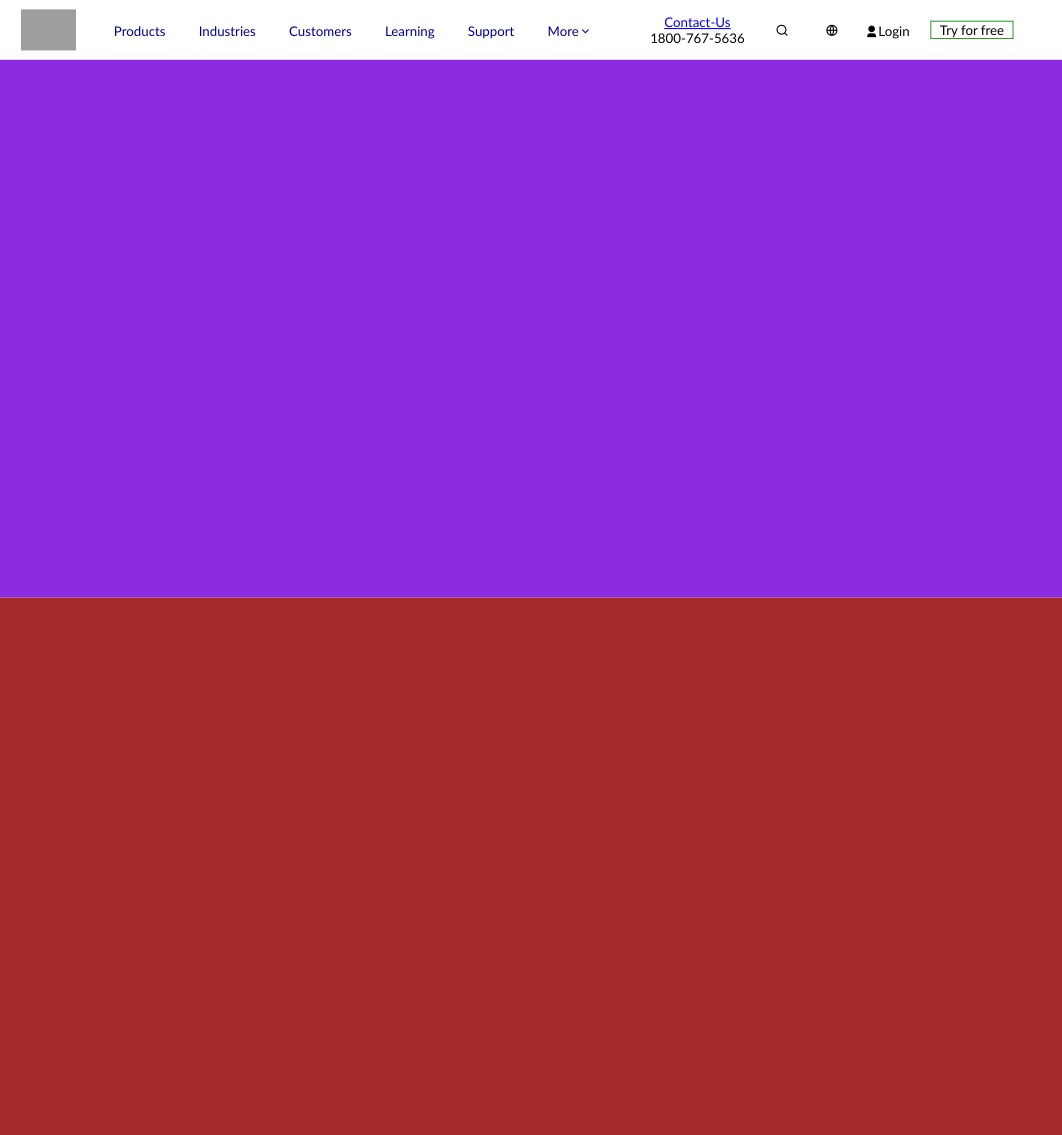
Repository: Chiranshukapil/html_css
Page: salesforce/index.html
An editor plug-in stored every save of this project. The page is shown before and after the next save, followed by the edit.
The browser window is 1280 px wide. The pictures show the whole page, at 83% of full size.
Pictures or frames that could not be fetched are drawn as grey boxes.

Above is the page before, as saved 2024-06-09 23:45:59.

### salesforce/index.html
<!DOCTYPE html>
<html lang="en">
    <head>
        <meta charset="UTF-8">
        <meta name="viewport" content="width=device-width, initial-scale=1.0">
        <title>Salesforce</title>
        <link rel="stylesheet" href="style.css">
        <link href="https://cdn.jsdelivr.net/npm/remixicon@4.2.0/fonts/remixicon.css" rel="stylesheet" />
    </head>
    <body>
        <div id="main">
            <div id="header">
                <div id="logo">
                    <img src="https://a.sfdcstatic.com/shared/images/c360-nav/salesforce-with-type-logo.svg" >
                </div>
                <div class="texts"><p>Products</p></div>
                <div class="texts"><p>Industries</p></div>
                <div class="texts"><p>Customers</p></div>
                <div class="texts"><p>Learning</p></div>
                <div class="texts"><p>Support</p></div>
                <div class="texts">
                    <p>More</p>
                    <p><i class="ri-arrow-down-s-line"></i></p>
                </div>
                <div id="contact">
                    <a  href="https://www.google.com/"><u>Contact-Us</u></a>
                    <p>1800-767-5636</p>
                </div>
                <div id="icon1" class="icon"><i class="ri-search-line"></i></div>
                <div class="icon"><i class="ri-global-line"></i></div>
                <div id="login">
                    <p><i class="ri-user-3-fill"></i></p>
                    <p>Login</p>
                </div>
                <div id="try">Try for free</div>
            </div>
            <div id="fakeheader"></div>
            <div id="page1"></div>
            <div id="page2"></div>
        </div>
    </body>
</html>

### salesforce/style.css
*{
    margin: 0%;
    padding: 0%;
    box-sizing: border-box;
    font-family: 'Gill Sans MT';
}

html,body{
    height: 100%;
    width: 100%;

}

#main{
    height: 100%;
    width: 100%;

}

#header{
    height: 10%;
    width: 100%;
    position: fixed;
    display: flex;
    align-items: center;
    /* font-size: large; */
}

#logo{
    margin: 25px;
    height: 70%;
}

#logo img{
    width: 100%;
    height: 100%;
}

#contact{
    text-align: center;
    margin-left: 50px;

}

.icon{
    width: 30px;
    height: 30px;
    display: flex;
    align-items: center;
    justify-content: center;
    /* border: 1px solid;
    border-radius: 50%; */
    margin-left: 30px;
}

.icon:hover{
    border: 1px solid rgb(188, 255, 255);
    border-radius: 50%;
    background-color:rgb(188, 255, 255);
}

#login{
    margin: 25px;
    display: flex;
}

#try{
    width: 100px;
    height: 22px ;
    text-align: center;
    border: 1px solid green;
}

.texts{
    color: rgb(0, 0, 147);
    margin: 20px;
    display: flex;
}

.texts:hover{
    color: rgb(113, 113, 243);
}

#fakeheader{
    height: 10%;
    width: 100%;
}

#page1{
    height: 90%;
    width: 100%;
    background-color: blueviolet;
}
#page2{
    height: 90%;
    width: 100%;
    background-color: brown;
}

After the next save:
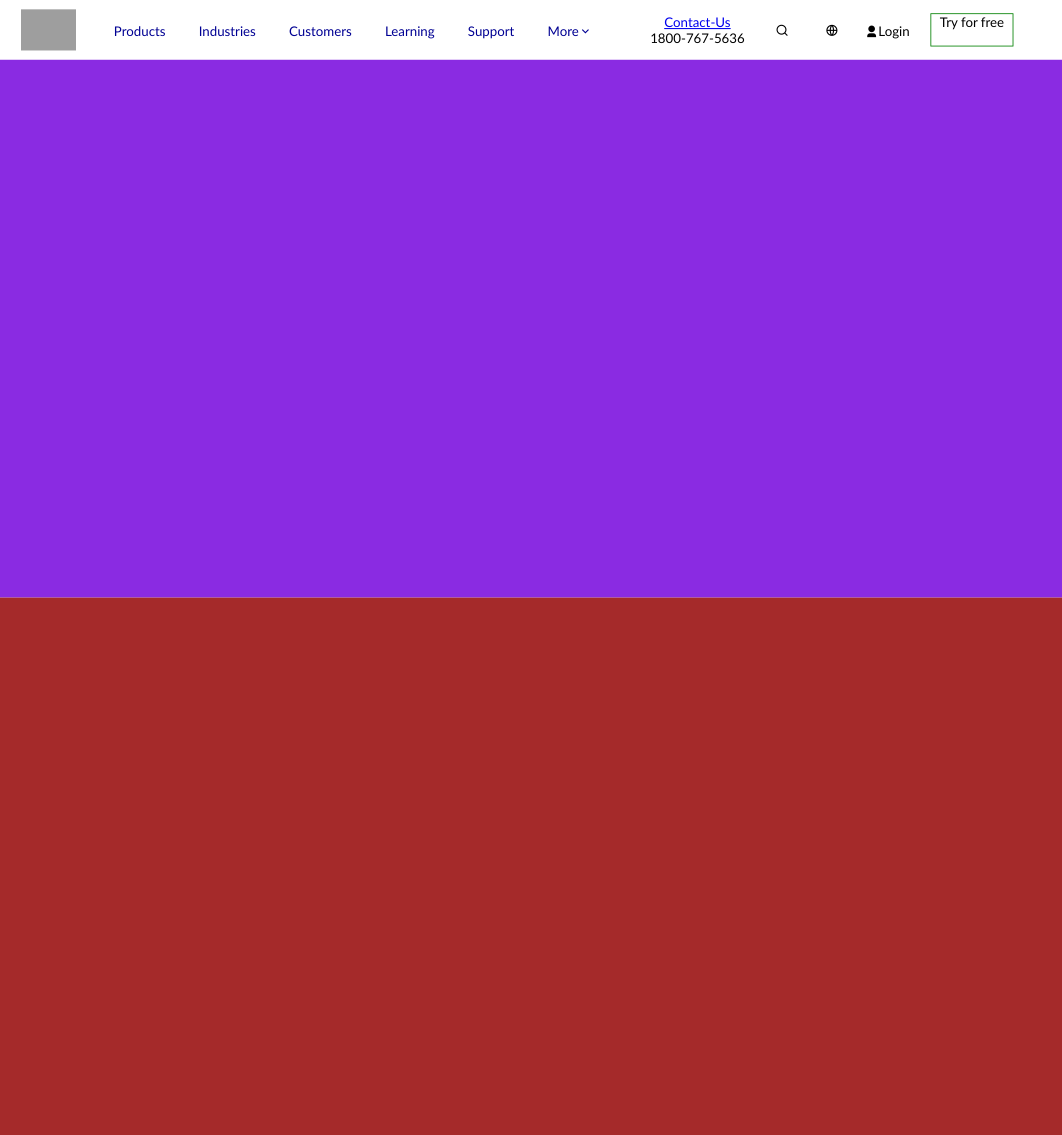
Saved 13 s later.
--- a/salesforce/style.css
+++ b/salesforce/style.css
@@ -66,7 +66,7 @@ html,body{
 
 #try{
     width: 100px;
-    height: 22px ;
+    height: 40px ;
     text-align: center;
     border: 1px solid green;
 }
